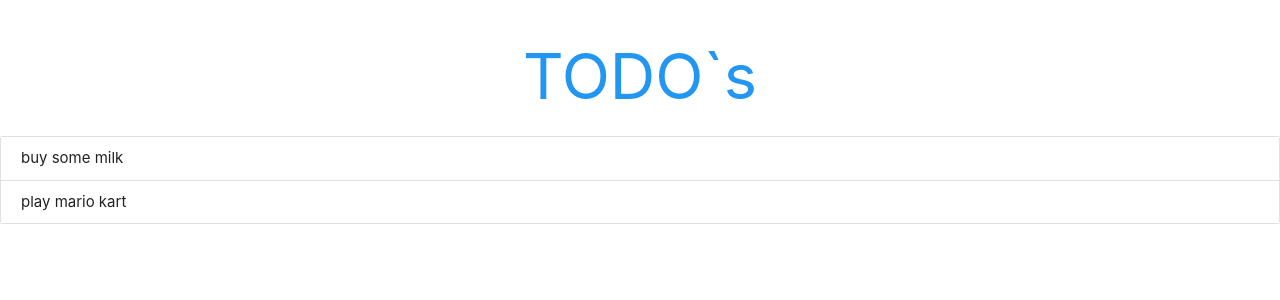
Repository: MateusGuedess/todoListRedux
Page: /
An editor plug-in stored every save of this project. The page is shown before and after the next save, followed by the edit.
The browser window is 1280 px wide. The pictures show the whole page.
The project was rebuilt for these pictures with package versions that can differ from the ones it lists, and the page was loaded fresh each time.

Above is the page before, as saved 2019-05-27 00:41:25.

After the next save:
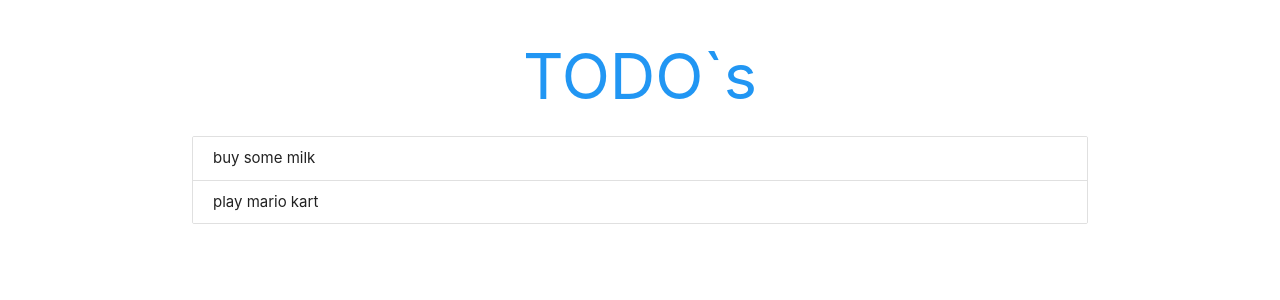
Saved 64 s later.
--- a/src/App.js
+++ b/src/App.js
@@ -11,7 +11,7 @@ class App extends Component {
   }
   render() {
     return (
-      <div className="App">
+      <div className="todo-app container">
         <h1 className="center blue-text">TODO`s</h1>
         <Todos todos={this.state.todos} />
       </div>
